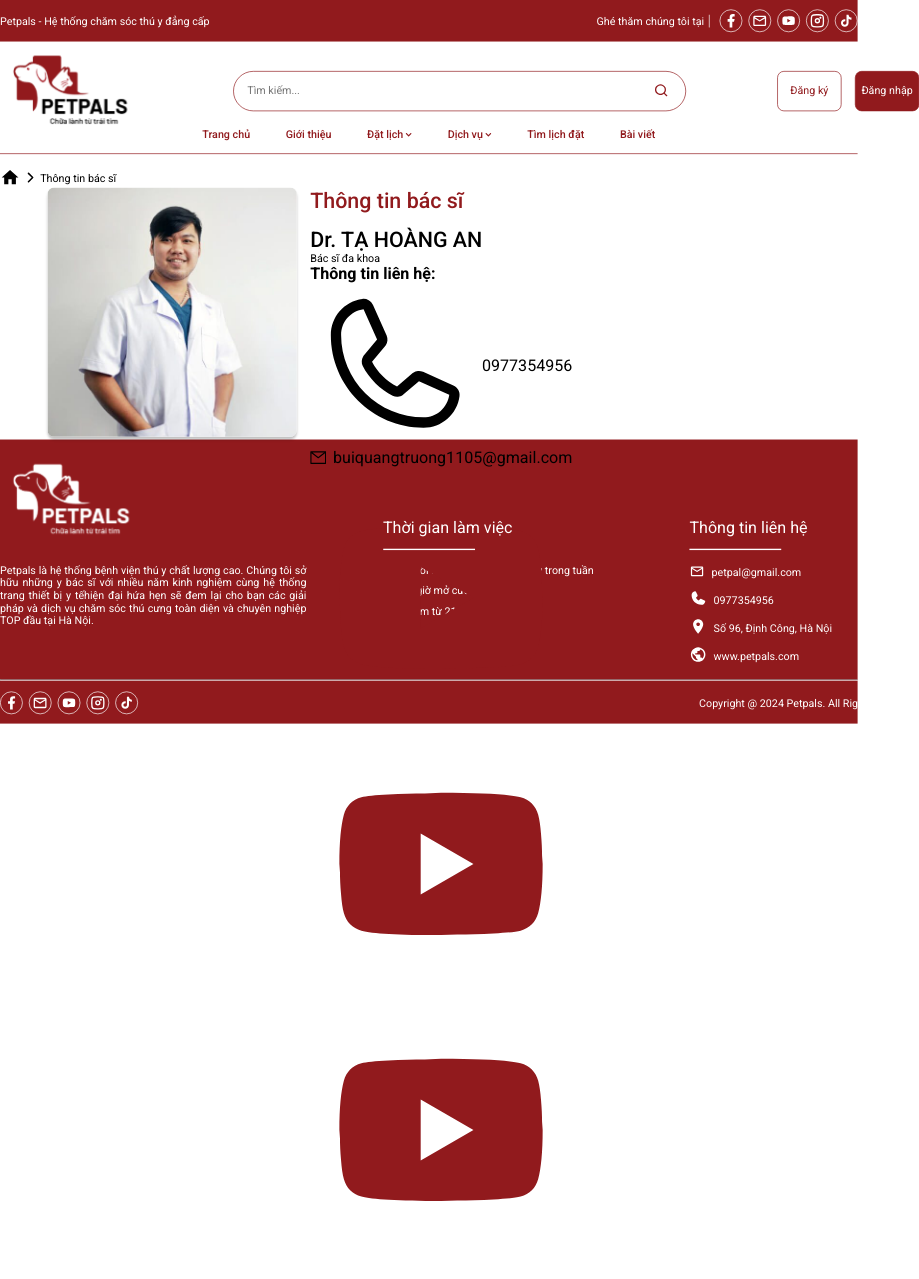
Repository: ahntrung1909/Petpals
Page: /chi-tiet-bac-si (app in petpals-user-main/)
An editor plug-in stored every save of this project. The page is shown before and after the next save, followed by the edit.
The browser window is 1280 px wide. The page is 1372 px wide, so the pictures cover 1372 px, including what lies to the right of the window. The pictures show the whole page, at 67% of full size.
The project was rebuilt for these pictures with package versions that can differ from the ones it lists, and the page was loaded fresh each time. The framework's server and built-in components were replaced by stand-ins that run in the browser. Also part of the build but not shown: petpals-user-main/next.config.js, petpals-user-main/next.config.mjs.

Above is the page before, as saved 2024-04-14 13:07:42.

### petpals-user-main/src/app/layout.js
import { Footer } from "@/components/Footer/Footer";
import "./global.scss";
import { Header } from "@/components/Header/Header";
import { ToastContainer } from "react-toastify";
import "react-toastify/dist/ReactToastify.css";
import { Button, ConfigProvider, Space } from "antd";

export const metadata = {
  title: "Petpals - Chữa lành từ trái tim",
  description: "Petpals",
};

export default function RootLayout({ children }) {
  return (
    <html lang="en">
      <body>
        <Header />
        <ToastContainer />
        <ConfigProvider
          theme={{
            token: {
              colorPrimary: "#911A1D",
              fontFamily: "Roboto",
            },
            components: {
              DatePicker: {
                inputFontSize: 16,
              },
              Menu: {
                itemBg: "transparent",
                subMenuItemBg: "transparent",
                activeBarBorderWidth: 0,
                itemSelectedBg: "rgba(145, 26, 29, 0.05)",
                itemBorderRadius: 0,
              },
            },
          }}
        >
          {children}
        </ConfigProvider>
        <Footer />
      </body>
    </html>
  );
}

### petpals-user-main/src/app/chi-tiet-bac-si/page.js
import React from "react";
import "./style.scss";

export default function page() {
  return (
    <main>
      <div className="breadcrumb">
        <img src="/icon/ic_baseline-home.svg" alt="" />
        <img src="/icon/iconamoon_arrow-right-2.svg" alt="" />
        <p>Thông tin bác sĩ</p>
      </div>
      <section className="doctor-information-section">
        <div className="information-wrapper">
          <div className="doctor-img">
            <img src="/img/doctor/hoang_an.jpg" alt="" />
          </div>
          <div className="col-right">
            <div className="information">
              <h3>Thông tin bác sĩ</h3>
              <p className="doctor-name">Dr. TẠ HOÀNG AN</p>
              <p className="doctor-position">Bác sĩ đa khoa</p>
            </div>
            <div className="contact-info">
              <h4>Thông tin liên hệ:</h4>
              <div className="contact-item">
                <img src="/icon/ph_phone.svg" alt="" />
                <p>0977354956</p>
              </div>
              <div className="contact-item">
                <img src="/icon/MailOutlined.svg" alt="" />
                <p>buiquangtruong1105@gmail.com</p>
              </div>
              <div className="social-media">
                <div className="social-media-icon">
                  <img src="/icon/mdi_youtube-brown.svg" alt="" />
                </div>
                <div className="social-media-icon">
                  <img src="/icon/mdi_youtube-brown.svg" alt="" />
                </div>
                <div className="social-media-icon">
                  <img src="/icon/mdi_youtube-brown.svg" alt="" />
                </div>
              </div>
            </div>
          </div>
        </div>
      </section>
    </main>
  );
}

### petpals-user-main/src/components/Footer/Footer.js
import { Socialicon } from "../Socialicon/Socialicon";
import "./style.scss";
export const Footer = () => {
  return (
    <footer>
      <div className="row row-1">
        <div className="logo">
          <img src="/img/logo_am_ban.svg" alt="" />
        </div>
        <div className="working-time">Thời gian làm việc</div>
        <div className=" contact-info">Thông tin liên hệ</div>
      </div>
      <div className="row">
        <div className="about">
          Petpals là hệ thống bệnh viện thú y chất lượng cao. Chúng tôi sở hữu
          những y bác sĩ với nhiều năm kinh nghiệm cùng hệ thống trang thiết bị
          y tếhiện đại hứa hẹn sẽ đem lại cho bạn các giải pháp và dịch vụ chăm
          sóc thú cưng toàn diện và chuyên nghiệp TOP đầu tại Hà Nội.
        </div>
        <ul className="working-time-more">
          <li>Chúng tôi mở cửa tất cả các ngày trong tuần</li>
          <li>Khung giờ mở cửa 08:00-21:00</li>
          <li>Trực đêm từ 21:00</li>
        </ul>
        <ul className="contact-info-more">
          <li className="contact-item">
            <span>
              <img src="/icon/material-symbols_mail-outline.svg" alt="" />
            </span>
            petpal@gmail.com
          </li>
          <li className="contact-item">
            <span>
              <img src="/icon/ph_phone-fill.svg" alt="" />
            </span>
            0977354956
          </li>
          <li className="contact-item">
            <span>
              <img src="/icon/mdi_location.svg" alt="" />
            </span>
            Số 96, Định Công, Hà Nội
          </li>
          <li className="contact-item">
            <span>
              <img src="/icon/mdi_earth.svg" alt="" />
            </span>
            www.petpals.com
          </li>
        </ul>
      </div>
      <hr />
      <div className="footer-bottom">
        <Socialicon />
        <div>Copyright @ 2024 Petpals. All Rights Reverved</div>
      </div>
    </footer>
  );
};

### petpals-user-main/src/app/global.scss
@import url("https://fonts.googleapis.com/css2?family=Roboto:ital,wght@0,100;0,300;0,400;0,500;0,700;0,900;1,100;1,300;1,400;1,500;1,700;1,900&display=swap");
@import "../style/variable";
* {
  padding: 0;
  margin: 0;
  box-sizing: border-box;
}
body {
  font-family: "Roboto", sans-serif;
  font-size: 16px;
}
a {
  text-decoration: none;
  color: black;
}
ul,
li {
  list-style: none;
}
input,
textarea {
  width: 100%;
  border: none;
  outline: none;
  font-family: "Roboto", sans-serif;
  font-size: 16px;
}
img {
  width: 100%;
}
button {
  font-family: "Roboto", sans-serif;
  font-size: 16px;
}
label {
  font-family: "Roboto", sans-serif;
  font-size: 16px;
}

// custom scroll bar
::-webkit-scrollbar-track {
  background-color: #f5f5f5;
}

::-webkit-scrollbar {
  width: 6px;
  height: 6px;
  background-color: #f5f5f5;
}

::-webkit-scrollbar-thumb {
  background-image: linear-gradient($BROWN_500, $RED_500);
  // border-radius: 10px;
}
::-webkit-scrollbar-thumb:horizontal {
  background-image: linear-gradient(to right, $BROWN_500, $RED_500);
  // border-radius: 10px;
}

### petpals-user-main/src/app/chi-tiet-bac-si/style.scss
@import "../../style/variable";
@import "../../style/base";

.doctor-information-section {
  width: 1138px;
  margin: 0 auto;
}
.information-wrapper {
  display: flex;
  gap: 20px;
  .doctor-img {
    img {
      width: 372px;
      height: 372px;
      border-radius: 10px;
      object-fit: cover;
      box-shadow: 0 4px 4px rgba(0, 0, 0, 0.25);
    }
  }
  .col-right {
    height: 327px;
    .information {
      h3 {
        color: $BROWN_500;
        font-size: 32px;
        font-weight: 500;
        margin-bottom: 20px;
      }
      .doctor-name {
        font-size: 32px;
        font-weight: 500;
      }
    }
  }
}

### petpals-user-main/src/components/Socialicon/Socialicon.js
import "./style.scss";
export const Socialicon = () => {
  return (
    <div className="list-social-icon">
      <div className="icon-item">
        <img src="/icon/ri_facebook-fill.svg" alt="icon-facebook" />
      </div>
      <div className="icon-item">
        <img src="/icon/material-symbols_mail-outline.svg" alt="icon-mail" />
      </div>
      <div className="icon-item">
        <img src="/icon/mdi_youtube.svg" alt="icon-youtube" />
      </div>
      <div className="icon-item">
        <img src="/icon/lets-icons_insta.svg" alt="icon-insta" />
      </div>
      <div className="icon-item">
        <img src="/icon/ic_baseline-tiktok.svg" alt="icon-tiktok" />
      </div>
    </div>
  );
};

### petpals-user-main/src/components/Footer/style.scss
@import "../../style/variable";
footer {
  display: block;
  width: 100vw;
  height: 424px;
  background-color: $BROWN_500;
  padding: 20px 0;
}
.row {
  width: 1372px;
  margin: 0 auto;
  display: grid;
  grid-template-columns: repeat(12, 1fr);
  row-gap: 20px;
  color: white;
  margin-bottom: 20px;
}
.row-1 {
  align-items: flex-end;
}
.logo {
  width: 214px;
  grid-column: 1/5;
}
.working-time {
  grid-column: 6/10;
  position: relative;
  font-size: 24px;
  padding-bottom: 20px;
  &::after {
    content: "";
    width: 137px;
    height: 2px;
    background-color: white;
    position: absolute;
    left: 0;
    bottom: 0;
  }
}
.contact-info {
  position: relative;
  grid-column: 10/13;
  font-size: 24px;
  padding-bottom: 20px;
  &::after {
    content: "";
    width: 137px;
    height: 2px;
    background-color: white;
    position: absolute;
    left: 0;
    bottom: 0;
  }
}
.about {
  grid-column: 1/5;
  text-align: justify;
}
.working-time-more {
  grid-column: 6/10;
  display: flex;
  flex-direction: column;
  gap: 12px;
}
.contact-info-more {
  grid-column: 10/13;
  display: flex;
  flex-direction: column;
  gap: 12px;
}
.contact-item {
  display: flex;
  gap: 10px;
  align-items: center;
}
.footer-bottom {
  width: 1372px;
  margin: 0 auto;
  margin-top: 16px;
  color: white;
  display: flex;
  align-items: center;
  justify-content: space-between;
}

### petpals-user-main/src/style/_variable.scss
$BROWN_50: rgb(244, 232, 232);
$BROWN_100: rgb(221, 184, 185);
$BROWN_200: rgb(204, 150, 151);
$BROWN_300: rgb(181, 102, 104);
$BROWN_400: rgb(167, 72, 74);
$BROWN_500: rgb(145, 26, 29);
$BROWN_600: rgb(132, 24, 26);
$BROWN_700: rgb(103, 18, 21);
$BROWN_800: rgb(80, 14, 16);
$BROWN_900: rgb(61, 11, 12);
$RED_50: rgb(255, 247, 247);
$RED_100: rgb(255, 230, 231);
$RED_200: rgb(255, 217, 219);
$RED_300: rgb(255, 200, 202);
$RED_400: rgb(255, 189, 192);
$RED_500: rgb(255, 173, 176);
$RED_600: rgb(232, 157, 160);
$RED_700: rgb(181, 123, 125);
$RED_800: rgb(140, 95, 97);
$RED_900: rgb(107, 73, 74);
$BROWN_DARK_50: rgb(236, 233, 233);
$BROWN_DARK_100: rgb(195, 186, 186);
$BROWN_DARK_200: rgb(165, 152, 152);
$BROWN_DARK_300: rgb(124, 105, 106);
$BROWN_DARK_400: rgb(99, 76, 77);
$BROWN_DARK_500: rgb(60, 31, 32);
$BROWN_DARK_600: rgb(55, 28, 29);
$BROWN_DARK_700: rgb(43, 22, 23);
$BROWN_DARK_800: rgb(33, 17, 18);
$BROWN_DARK_900: rgba(25, 13, 13, 0.2);

### petpals-user-main/src/components/Header/style.scss
@import "../../style/_variable";

header {
  height: 230px;
  border-bottom: 1px solid $BROWN_500;
}
div:has(.wrap):nth-child(1) {
  background-color: $BROWN_500;
  height: 62px;
  display: flex;
  align-items: center;
}
.wrap {
  width: 1372px;
  margin: 0 auto;
}
.top-header {
  display: flex;
  justify-content: space-between;
  align-items: center;
  color: white;
}
.social-connect {
  display: flex;
  align-items: center;
  gap: 15px;
}
.social-connect > p {
  padding: 0px 7px;
  border-right: 1px solid white;
}
div:has(.wrap):nth-child(2) {
  padding-top: 18px;
}
.main-header {
  display: flex;
  align-items: center;
  justify-content: space-between;
}
.petpals-logo {
  display: block;
  width: 211px;
  height: 111px;
}
.header-main-right {
  display: flex;
  width: 1024px;
  justify-content: space-between;
  align-items: center;
}
.search-input {
  display: flex;
  position: relative;

  input {
    width: 676px;
    height: 60px;
    padding: 0px 60px 0px 20px;
    border: 1px solid $BROWN_500;
    border-radius: 99px;
    display: flex;
    justify-content: center;
    align-items: center;
  }
  .icon-item {
    right: 20px;
    top: 50%;
    transform: translateY(-50%);
    position: absolute;
    cursor: pointer;
  }
}
.btn-group {
  display: flex;
  gap: 20px;
  text-align: center;
  .btn {
    display: flex;
    justify-content: center;
    align-items: center;
    width: 96px;
    height: 60px;
    border: 1px solid $BROWN_500;
    border-radius: 10px;
    color: $BROWN_500;
  }
  .btn:nth-child(1):hover {
    background-color: $BROWN_500;
    color: white;
  }
  .btn:nth-child(2) {
    color: white;
    background-color: $BROWN_500;
    &:hover {
      background-color: $BROWN_300;
    }
  }
}
.nav {
  display: flex;
  align-items: center;
  justify-content: space-between;
  width: 676px;
  margin: 0 auto;
  color: $BROWN_500;
  font-weight: 500;
  z-index: 99;

  &-item {
    display: flex;
    position: relative;
    align-items: center;
    cursor: pointer;
    padding-bottom: 8px;
    &.active > span,
    &.active > a {
      font-weight: 900;
    }
    &:hover .sub-nav:not(.nav-2) {
      display: flex;
    }
    span {
      display: flex;
      justify-content: center;
      align-items: center;
      color: $BROWN_500;
    }
    a {
      display: flex;
      justify-content: center;
      align-items: center;
      color: $BROWN_500;
      width: 100%;
      height: 100%;
    }
    &:hover > a {
      color: $RED_500;
    }
    &:hover > span {
      color: $RED_500;
    }
  }
}
.sub-nav {
  position: absolute;
  z-index: 99;
  top: 100%;
  left: 0;
  border-radius: 10px;
  box-shadow: 0 15px 15px 15px rgba(0, 0, 0, 0.05);
  box-shadow: 0 15px 15px rgba(0, 0, 0, 0.1);
  border: 0.5px solid rgba(0, 0, 0, 0.15);
  background-color: white;
  padding: 8px;
  display: none;
  flex-direction: column;
  gap: 8px;
  &.nav-2 {
    position: absolute;
    top: 0;
    left: 100%;
    transform: translate(8px, -8px);
    display: none;
  }
  &-item {
    position: relative;
    display: flex;
    align-items: center;
    justify-content: space-between;
    &::after {
      content: "";
      width: 8px;
      height: 100%;
      position: absolute;
      top: 0;
      right: -8px;
    }
    &:hover {
      background-color: rgba(0, 0, 0, 0.05);
    }
    &:hover .sub-nav.nav-2 {
      display: flex;
    }
    a {
      width: 100%;
      height: 100%;
      display: flex;
      justify-content: left;
      padding: 12px 16px;
    }
    span {
      padding: 12px 16px;
    }
    &-active > span,
    &-active > a {
      font-weight: 600;
    }
  }
}
.user-login-controller {
  display: flex;
  align-items: center;
  gap: 8px;
  cursor: pointer;
  position: relative;

  &:hover .sub-nav {
    display: flex;
    left: inherit;
    right: 0;
  }
  .user-img {
    width: 56px;
    height: 56px;
    img {
      border-radius: 50%;
    }
  }
}
.icon-bell {
  width: 30px;
  height: 30px;
  position: relative;
  .number-bell {
    position: absolute;
    top: 0;
    right: 0;
    transform: translate(36%, -30%);
    width: 20px;
    height: 20px;
    font-size: 12px;
    font-weight: 500;
    color: white;
    display: flex;
    justify-content: center;
    align-items: center;
    background-color: $RED_500;
    border-radius: 50%;
  }
  .menu-bell {
    display: none;
    position: absolute;
    right: 0;
    bottom: -20px;
    transform: translateY(100%);
    background-color: white;
    width: 554px;
    height: 468px;
    padding: 20px;
    border-radius: 10px;
    z-index: 99;
    box-shadow: 0 0 8px 4px rgba(0, 0, 0, 0.2);
    &.menu-bell-active {
      display: block;
    }
    ::after {
      content: "";
      width: 20px;
      height: 20px;
      background-color: white;
      position: absolute;
      right: 14px;
      top: 0;
      transform: translate(0, -50%);
      rotate: 45deg;
    }
    h3 {
      text-transform: uppercase;
      color: $BROWN_500;
      font-size: 22px;
      margin-bottom: 10px;
    }
    .menu-item {
      display: flex;
      flex-direction: column;
      gap: 10px;
      padding: 8px 0;
      border-bottom: 1px solid rgba(0, 0, 0, 0.25);
      &:hover {
        background-color: $BROWN_50;
      }
      .content {
        font-size: 20px;
      }
      .time {
        font-size: 12px;
      }
      span {
        text-align: left;
        padding: 0 8px;
      }
    }
    .container {
      height: 400px;
      overflow: scroll;
    }
  }
  .overlay {
    display: none;
    position: fixed;
    width: 100vw;
    height: 100vh;
    inset: 0;
    z-index: 20;
    background-color: rgba(0, 0, 0, 0.25);
    cursor: pointer;
    &.overlay-active {
      display: block;
    }
  }
}

### petpals-user-main/src/style/_base.scss
.section-heading {
  width: fit-content;
  margin: 60px auto;
  color: $BROWN_500;
  position: relative;
  font-size: 24px;
  font-weight: 800;
  text-transform: uppercase;
  &::after {
    content: "";
    width: 80%;
    height: 3px;
    position: absolute;
    bottom: -16px;
    left: 50%;
    transform: translateX(-50%);
    background-color: $BROWN_500;
  }
}
.breadcrumb {
  width: 1372px;
  margin: 0 auto;
  display: flex;
  align-items: center;
  padding-top: 20px;
  img {
    width: 30px;
    height: 30px;
  }
}

### petpals-user-main/src/components/Socialicon/style.scss
.list-social-icon {
  display: flex;
  gap: 9px;
}
.icon-item {
  width: 34px;
  height: 34px;
  border: 1px solid white;
  padding: 4px;
  border-radius: 99px;
  display: flex;
  justify-content: center;
  align-items: center;
}

Loaded but not shown: petpals-user-main/src/components/Header/Header.js (334 lines, source omitted)

After the next save:
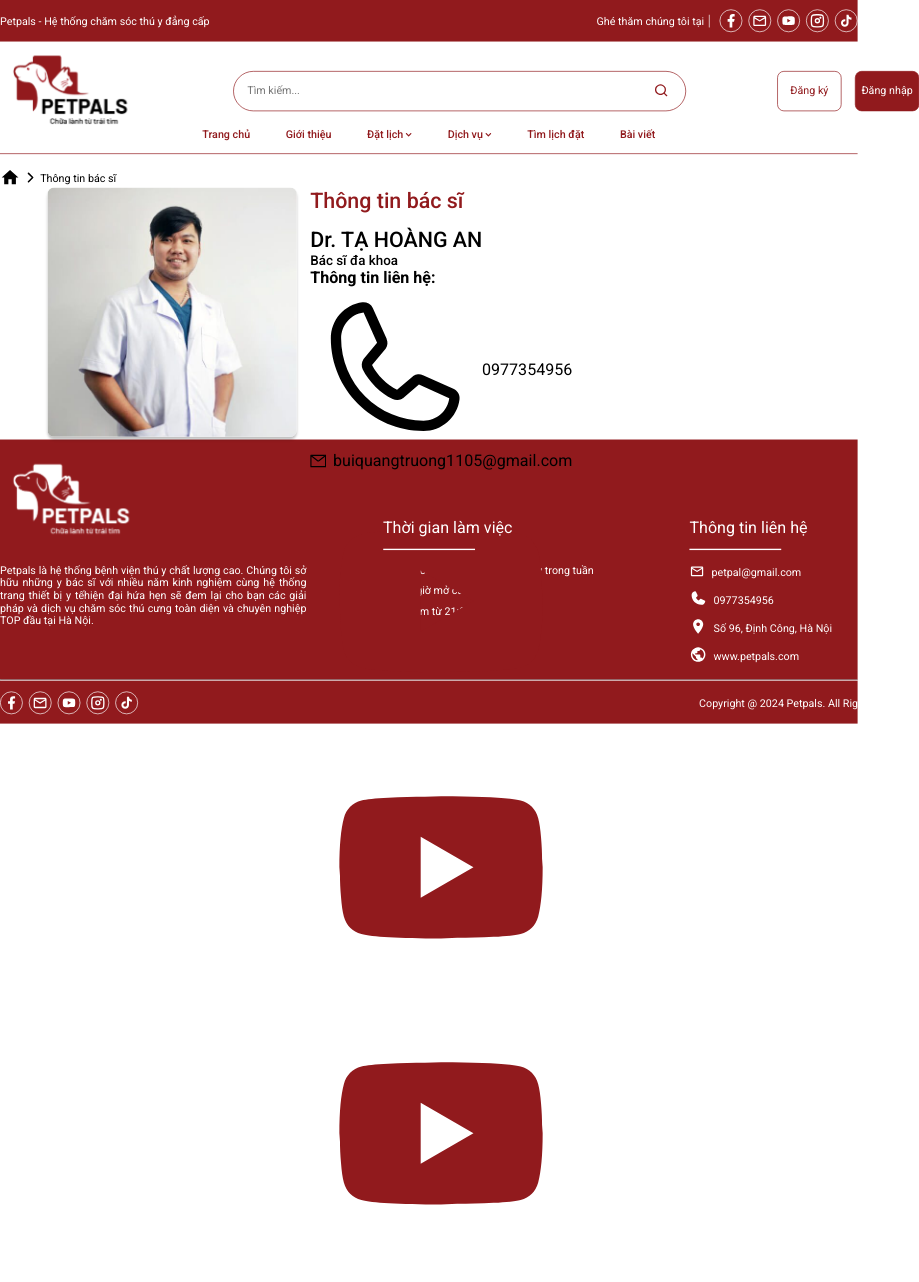
Saved 19 s later.
--- a/petpals-user-main/src/app/chi-tiet-bac-si/style.scss
+++ b/petpals-user-main/src/app/chi-tiet-bac-si/style.scss
@@ -30,6 +30,10 @@
         font-size: 32px;
         font-weight: 500;
       }
+      .doctor-position {
+        font-size: 20px;
+        font-weight: 500;
+      }
     }
   }
 }
